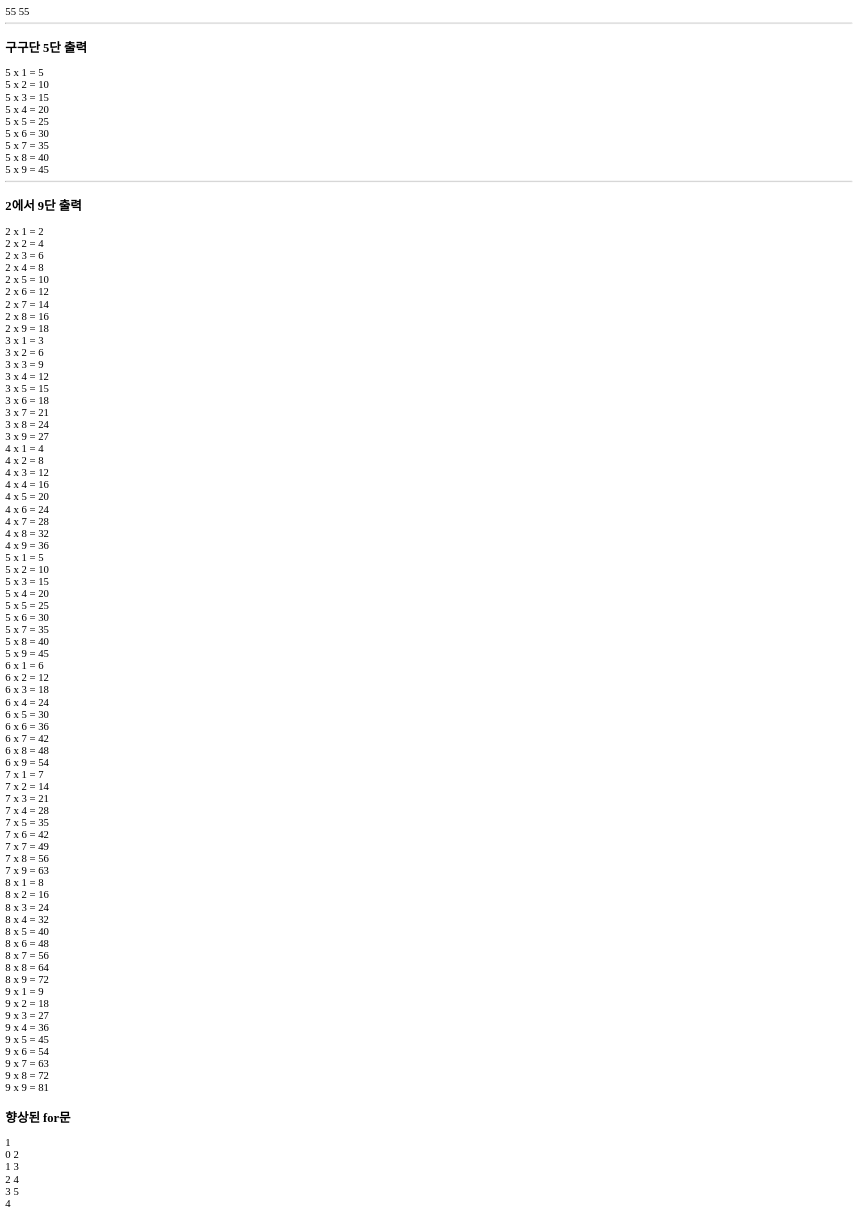
Repository: Muji1412/JSPstudy
Page: http://localhost/JSPbasic/jstl/jtsl_foreach.jsp
The author's editor kept a copy of each file at every save. The page is drawn from the files as they stood at one save, then again after the next save.
The browser window is 1280 px wide. The pictures show the whole page, at 67% of full size.
The page is served by Tomcat 9. Nobody is signed in. The application's start-up code is not run.

Above is the page before, as saved 2025-02-24 03:37:42.

After the next save:
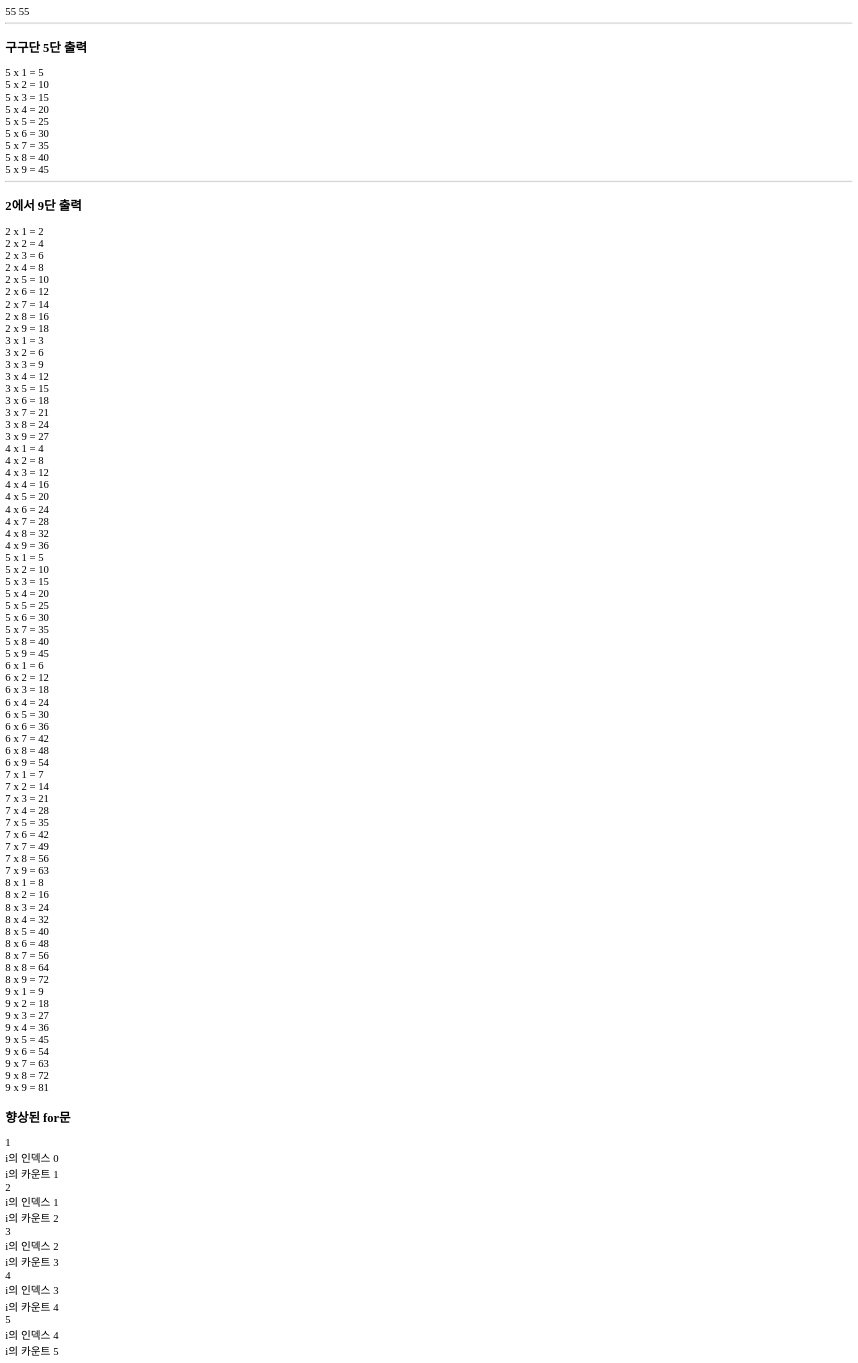
Saved 58 s later.
--- a/workspace/JSPbasic/src/main/webapp/jstl/jtsl_foreach.jsp
+++ b/workspace/JSPbasic/src/main/webapp/jstl/jtsl_foreach.jsp
@@ -67,7 +67,8 @@
 
 <c:forEach var = "i" items="${arr }" varStatus = "stat">
 	${i }<br>
-	${stat.index }
+	i의 인덱스 ${stat.index }<br>
+	i의 카운트 ${stat.count }<br>
 
 </c:forEach>
 
